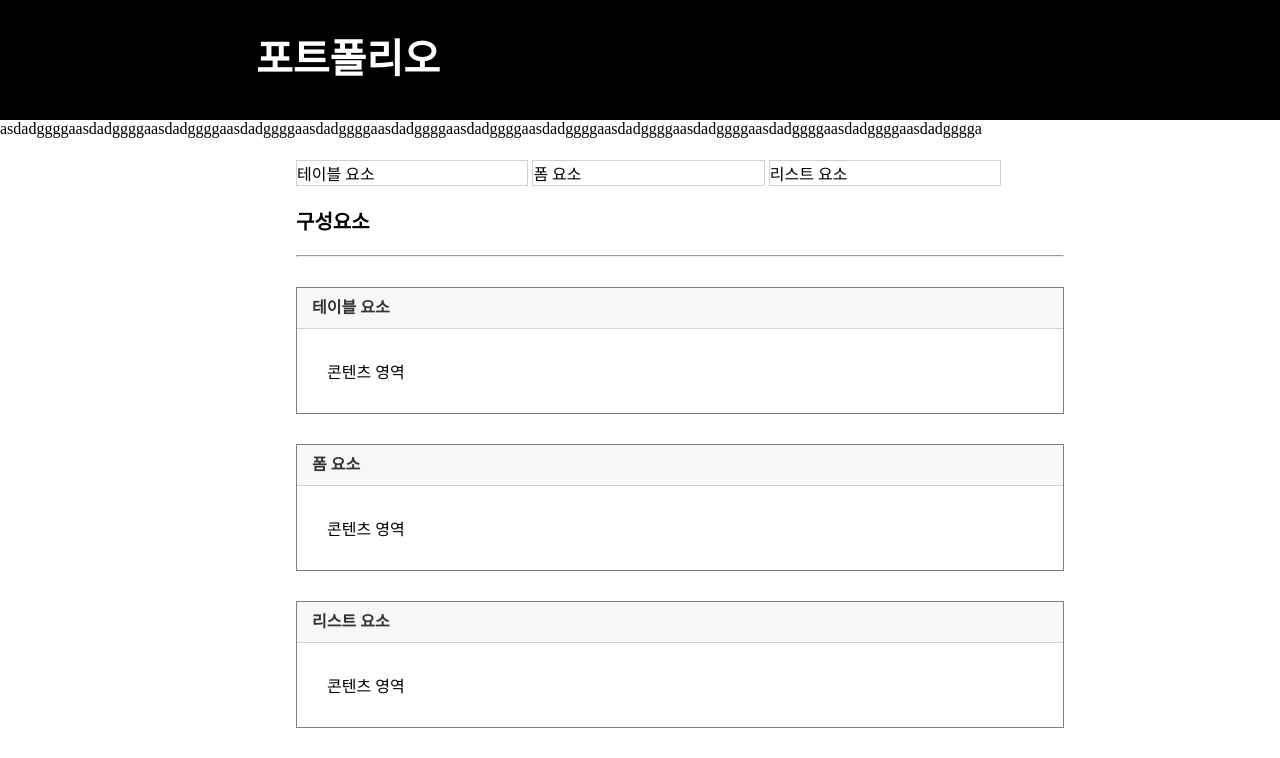
Repository: ItChoi/CSS-Study
Page: Css/WebContent/html/boostcourse/project-A1/portfolio.html
The author's editor kept a copy of each file at every save. The page is drawn from the files as they stood at one save, then again after the next save.
The browser window is 1280 px wide. The pictures show the whole page.

Above is the page before, as saved 2019-06-18 10:52:42.

After the next save:
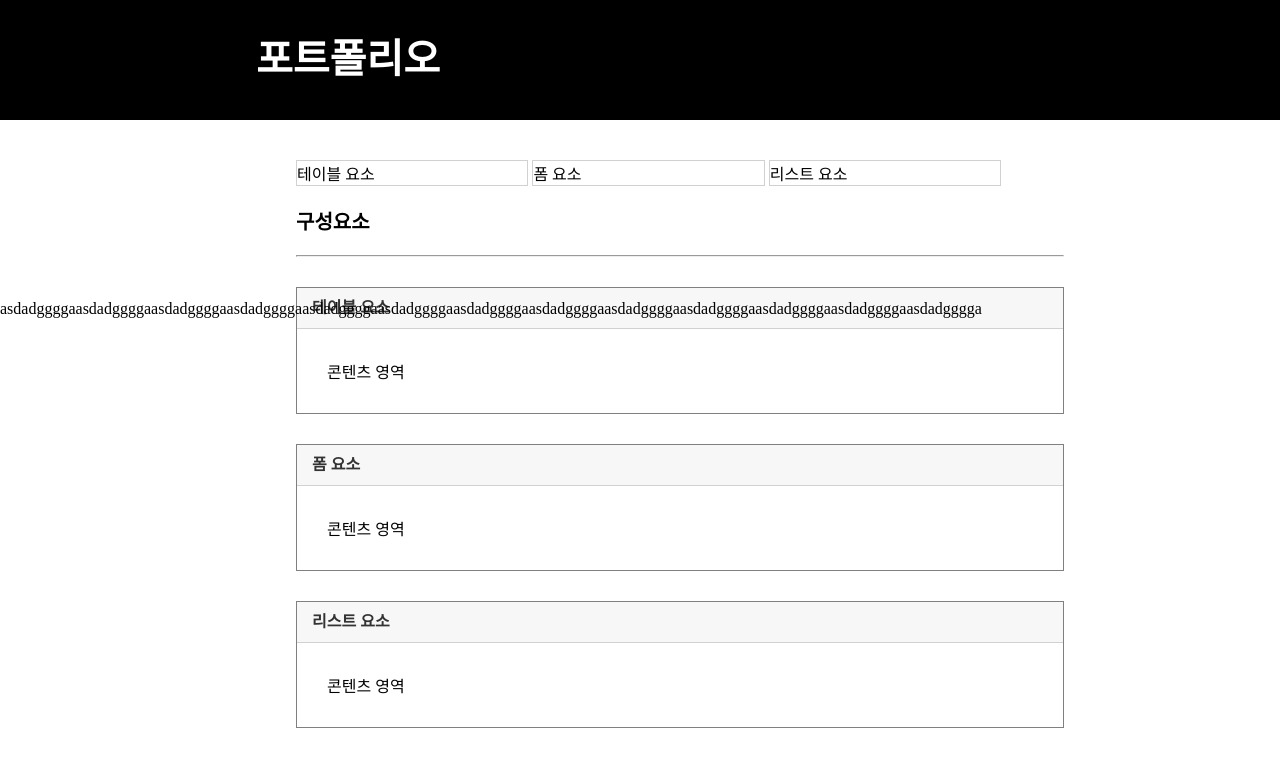
Saved 45 s later.
--- a/Css/WebContent/css/boostcourse/project-A1/portfolio.css
+++ b/Css/WebContent/css/boostcourse/project-A1/portfolio.css
@@ -20,7 +20,7 @@
 
 .footer {
 	position: absolute;
-
+	top: 300px;
 }
 
 .con_header {

After the save that followed:
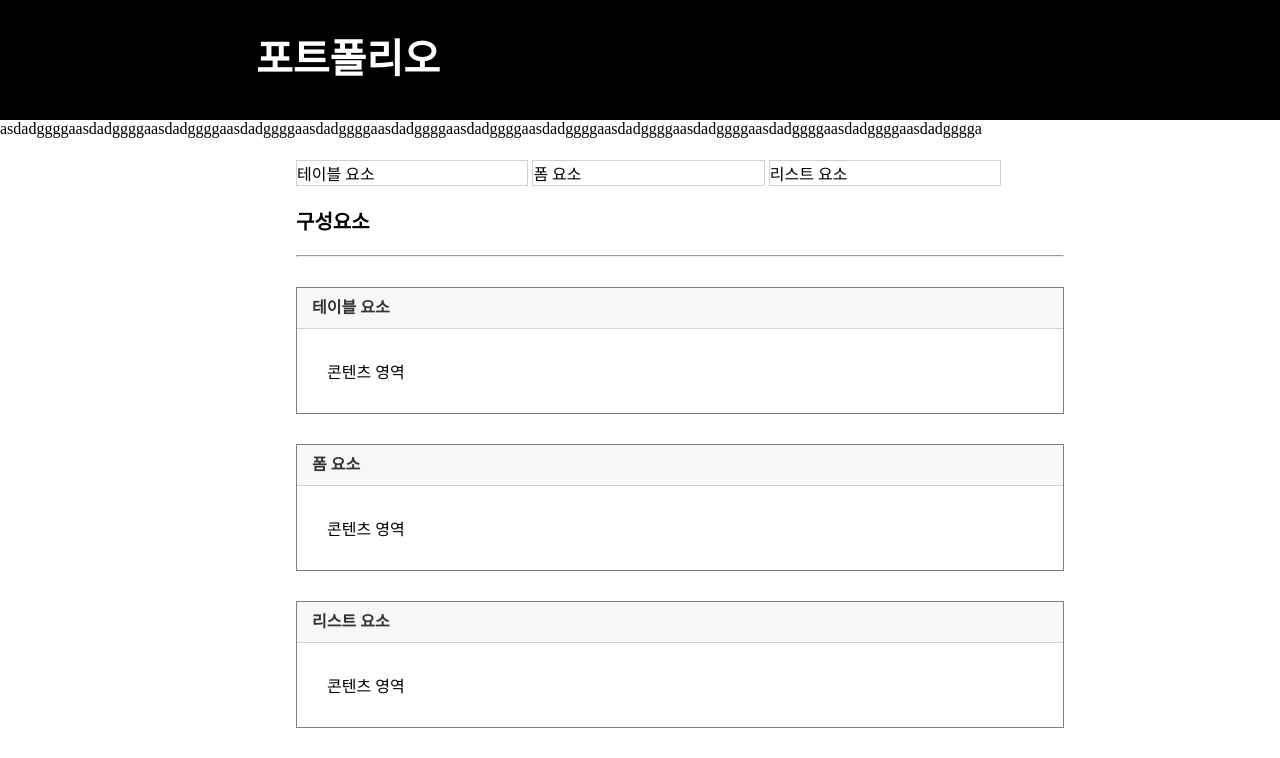
Saved 3 min 24 s later.
--- a/Css/WebContent/css/boostcourse/project-A1/portfolio.css
+++ b/Css/WebContent/css/boostcourse/project-A1/portfolio.css
@@ -19,8 +19,7 @@
 }
 
 .footer {
-	position: absolute;
-	top: 300px;
+	float: left;
 }
 
 .con_header {
